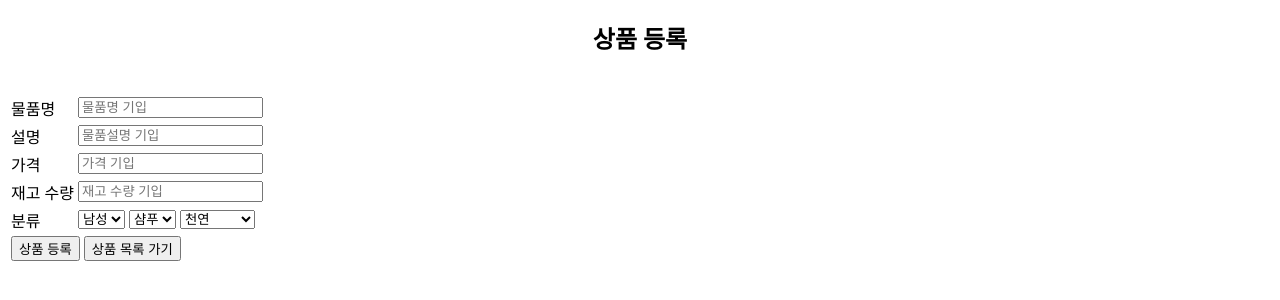
Repository: zxcvb2355/product
Page: http://localhost/product/WEB-INF/view/product/productInsertForm.jsp
An editor plug-in stored every save of this project. The page is shown before and after the next save, followed by the edit.
The browser window is 1280 px wide. The pictures show the whole page.
The page is served by Tomcat 9. Nobody is signed in. Other server files are loaded and not shown. The template is opened directly, without the code that normally fills it, so the values that code supplies are empty.

Above is the page before, as saved 2023-02-03 05:48:09.

### product/webapp/WEB-INF/view/product/productInsertForm.jsp
<%@ page language="java" contentType="text/html; charset=UTF-8"
    pageEncoding="UTF-8"%>
<!DOCTYPE html>
<html>
<head>
<meta charset="UTF-8">
<title>상품 등록</title>
</head>
<body>
<h2 style="text-align:center;">상품 등록</h2><br>
<form id="insert" name="insert">
<table>
<tr>
<td>물품명</td>
<td><input type="text" id="pname" name="pname" placeholder="물품명 기입"></td>
</tr>
<tr>
<td>설명</td>
<td><input type="textarea" id="pcontent" name="pcontent" placeholder="물품설명 기입">
</td>
</tr>
<tr>
<td>가격</td>
<td><input type="text" id="ppay" name="ppay" placeholder="가격 기입"></td>
</tr>
<tr>
<td>재고 수량</td>
<td><input type="text" id="pcount" name="pcount" placeholder="재고 수량 기입"></td>
</tr>
<tr>
<td>분류</td>
<td><select id="p1">
	<option value="01" id="pcate1" selected>남성</option>
	<option value="02" id="pcate2">여성</option>
</select>
<select id="pc">
	<option value="01" id="pcate_d1" selected>샴푸</option>
	<option value="02" id="pcate_d2">로션</option>
</select>
<select id="de">
	<option value="01" id="detail_p2" selected>천연</option>
	<option value="02" id="detail_p3">모공 축소</option>
	<option value="03" id="detail_p4">향기</option>
	<option value="04" id="detail_p5">기타</option>
</select>
</td>
<input type="hidden" id="pcategory" name="pcategory" value="">
<input type="hidden" id="pcategory_detail" name="pcategory_detail" value="">
<input type="hidden" id="detail_product" name="detail_product" value="">
</tr>
<tr>
<td colspan="2"><input type="button" id="insertBtn" value="상품 등록">
<input type="button" id="selectBtn" value="상품 목록 가기">
</td>
</tr>
</table>

</form>
</body>
</html>

After the next save:
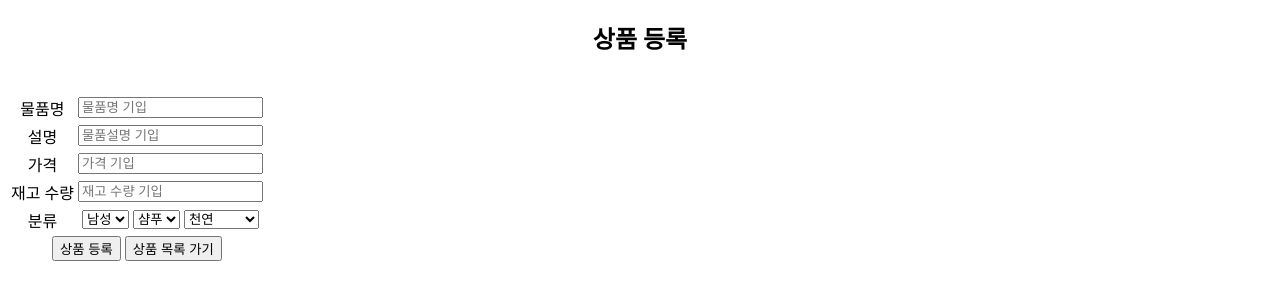
Saved 15 s later.
--- a/product/webapp/WEB-INF/view/product/productInsertForm.jsp
+++ b/product/webapp/WEB-INF/view/product/productInsertForm.jsp
@@ -9,7 +9,7 @@
 <body>
 <h2 style="text-align:center;">상품 등록</h2><br>
 <form id="insert" name="insert">
-<table>
+<table style="text-align:center;">
 <tr>
 <td>물품명</td>
 <td><input type="text" id="pname" name="pname" placeholder="물품명 기입"></td>
